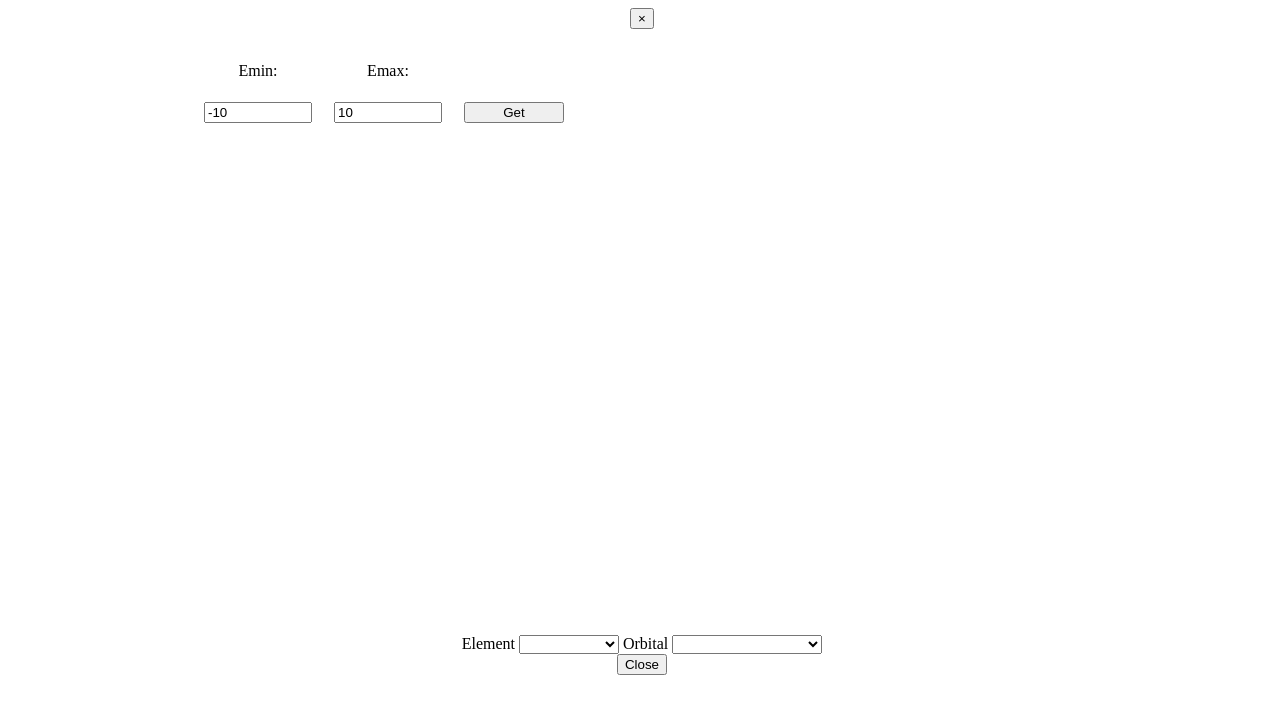
Repository: atowfiq/FESD_website-scripts
Page: http://localhost/fesdweb/BandstructureChart.jsp
These files come from the project's save history. The page is drawn as it stood at one moment and after the next save; the edit follows.
The browser window is 1280 px wide. The pictures show the whole page.
The page is served by Tomcat 9.

Above is the page before, as saved 2017-07-28 01:04:56.

After the next save:
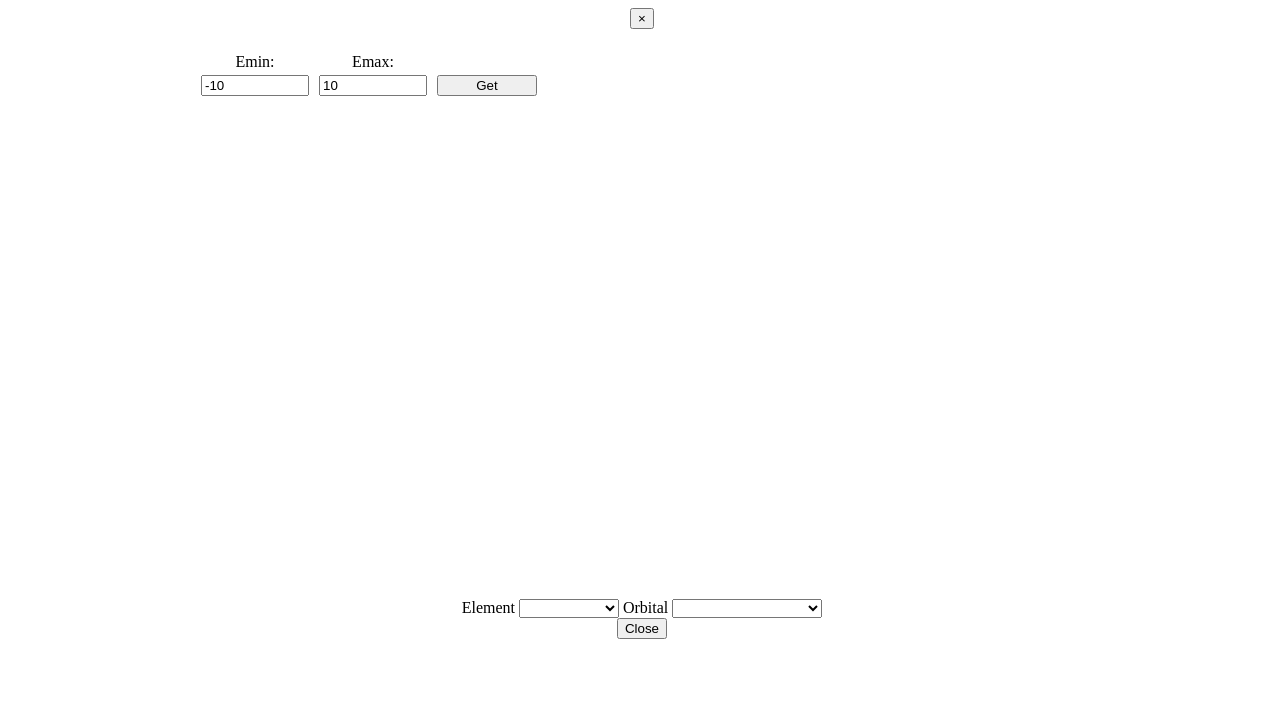
Saved 58 s later.
--- a/fesdweb/WebContent/BandstructureChart.jsp
+++ b/fesdweb/WebContent/BandstructureChart.jsp
@@ -34,10 +34,7 @@ margin-top:-40px;
   text-align: center;
   vertical-align: middle;
 }
-#BandstructureTable td
-{
-	padding: 10px;
-}
+#BandstructureTable {border-spacing: 8px 2px;}
 </style>
 
     <script type="text/javascript">
